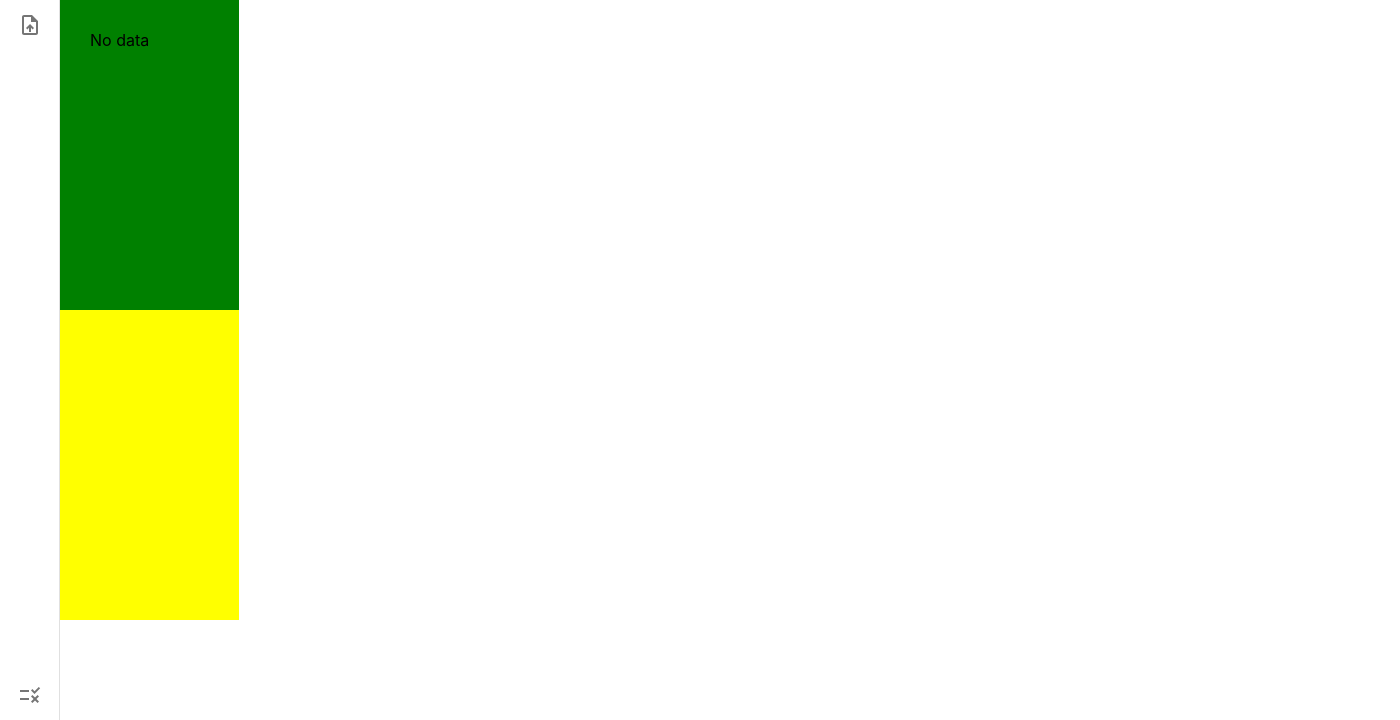
Repository: imark00/sbolInsight_frontend
Page: /
These files come from the project's save history. The page is drawn as it stood at one moment and after the next save; the edit follows.
The browser window is 1280 px wide. The page is 1280 px wide, then 1400 px, so the pictures cover 1400 px, including what lies to the right of the window. The pictures show the whole page.
The project was rebuilt for these pictures with package versions that can differ from the ones it lists, and the page was loaded fresh each time. Also part of the build but not shown: src/App.css.

Above is the page before, as saved 2024-08-18 05:21:25.

After the next save:
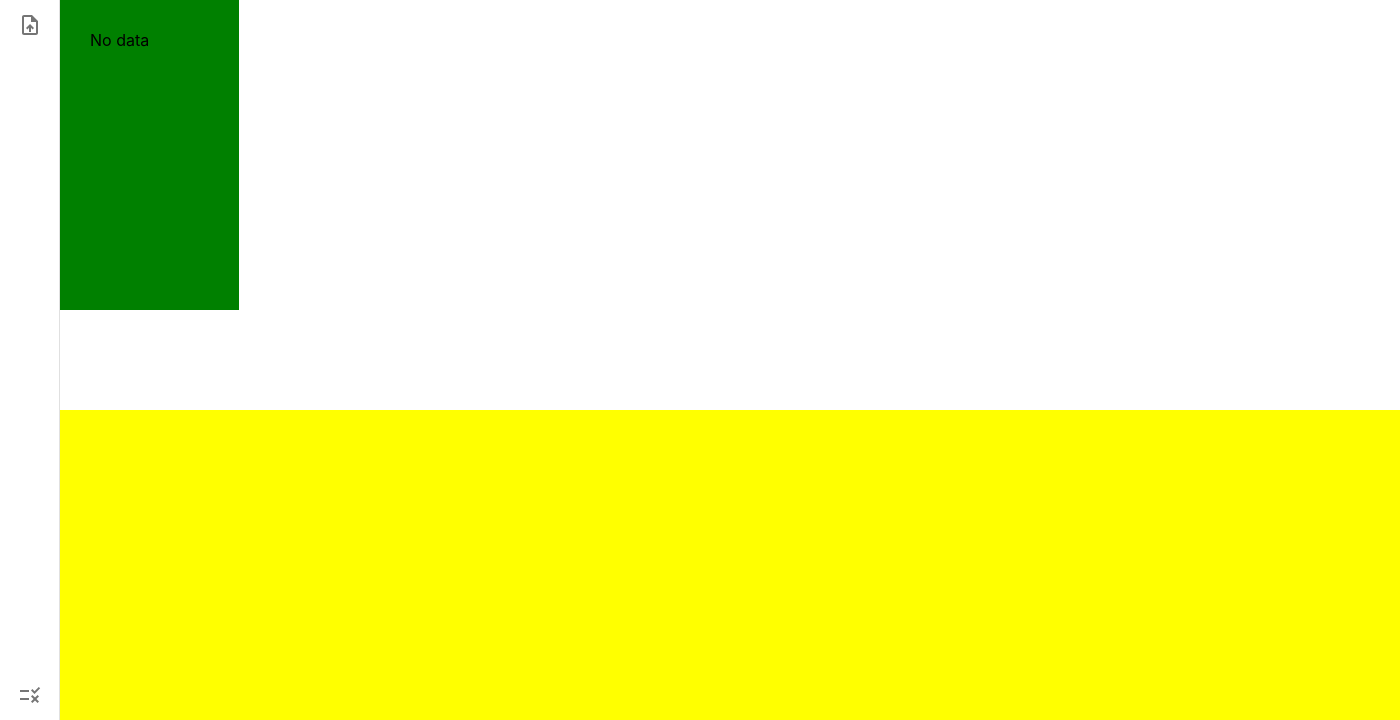
Saved 2 min 40 s later.
--- a/src/sbolInsight.js
+++ b/src/sbolInsight.js
@@ -124,7 +124,6 @@ const SBOLInsightPage = () => {
 
             <Box sx={{
                 flexDirection: 'column',
-                //justifyContent: 'center',
                 display: 'flex',
             }}>
 
@@ -158,6 +157,8 @@ const SBOLInsightPage = () => {
                         height: '250px',
                         background: 'yellow',
                         padding: '30px',
+                        position: "absolute",
+                        bottom: "0%",
 
                     }}
                 >
